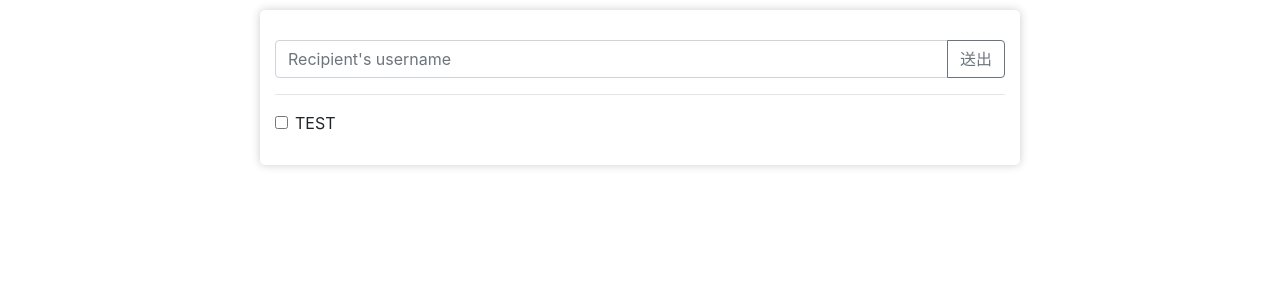
Repository: iian0910/vue3_todoList
Page: /
These files come from the project's save history. The page is drawn as it stood at one moment and after the next save; the edit follows.
The browser window is 1280 px wide. The pictures show the whole page.
The project was rebuilt for these pictures with package versions that can differ from the ones it lists, and the page was loaded fresh each time.

Above is the page before, as saved 2021-02-23 16:04:33.

After the next save:
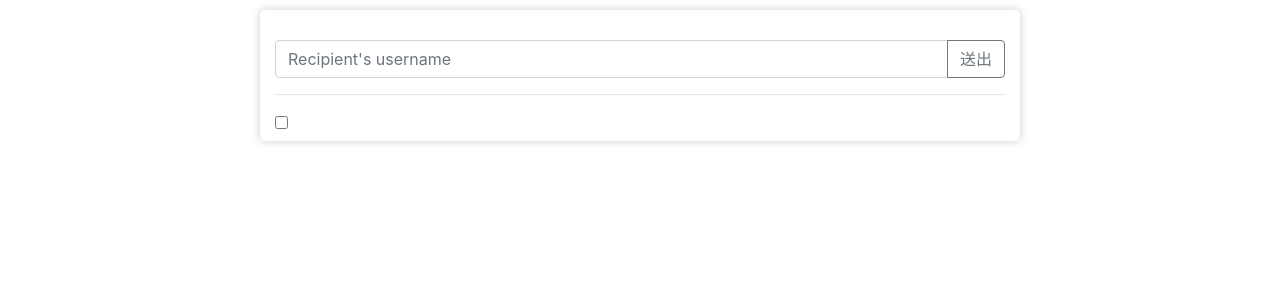
Saved 29 s later.
--- a/src/components/TodoList.vue
+++ b/src/components/TodoList.vue
@@ -23,7 +23,6 @@
           <li class="list-item" v-for="(todo, index) in todoList" :key="index">
             <div class="form-check">
               <input class="form-check-input" type="checkbox" value="" :id="todo.id">
-              <label class="form-check-label" :for="todo.id">{{todo.title}}</label>
             </div>
           </li>
         </ul>
